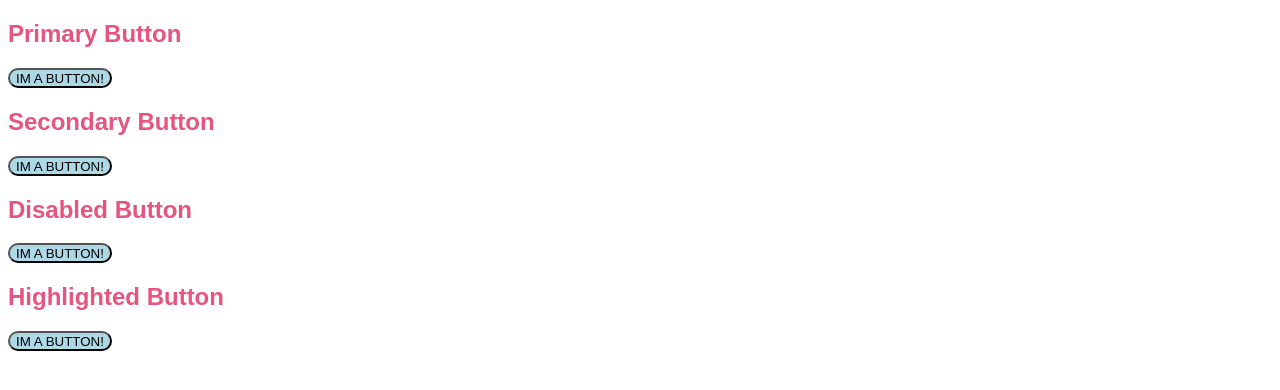
Repository: Jvien2/3126-repo
Page: index.html
These files come from the project's save history. The page is drawn as it stood at one moment and after the next save; the edit follows.
The browser window is 1280 px wide. The pictures show the whole page.

Above is the page before, as saved 2026-10-01 01:00:30.
Not found: code.js

After the next save:
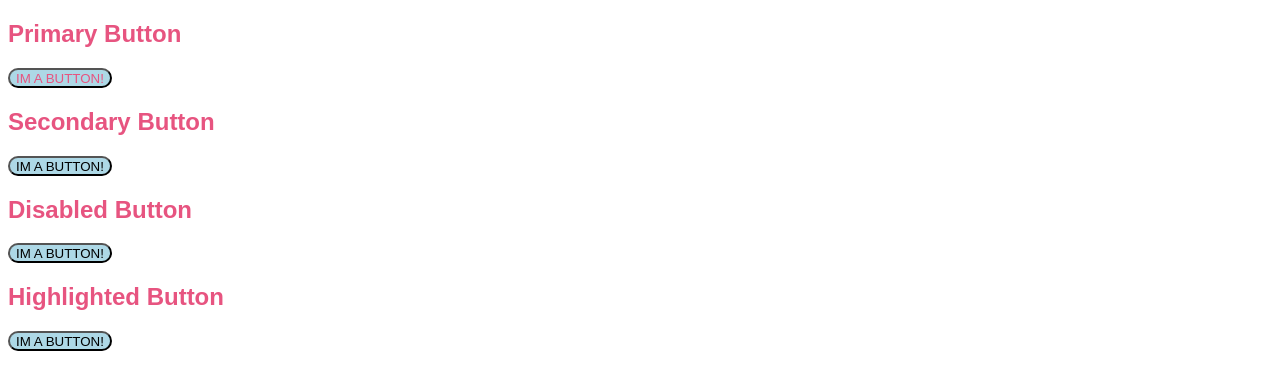
Saved 2 min 29 s later.
--- a/style.css
+++ b/style.css
@@ -11,5 +11,5 @@ h2 {
 }
 
 .btn-primary {
-
+    color:#e75480
 }
